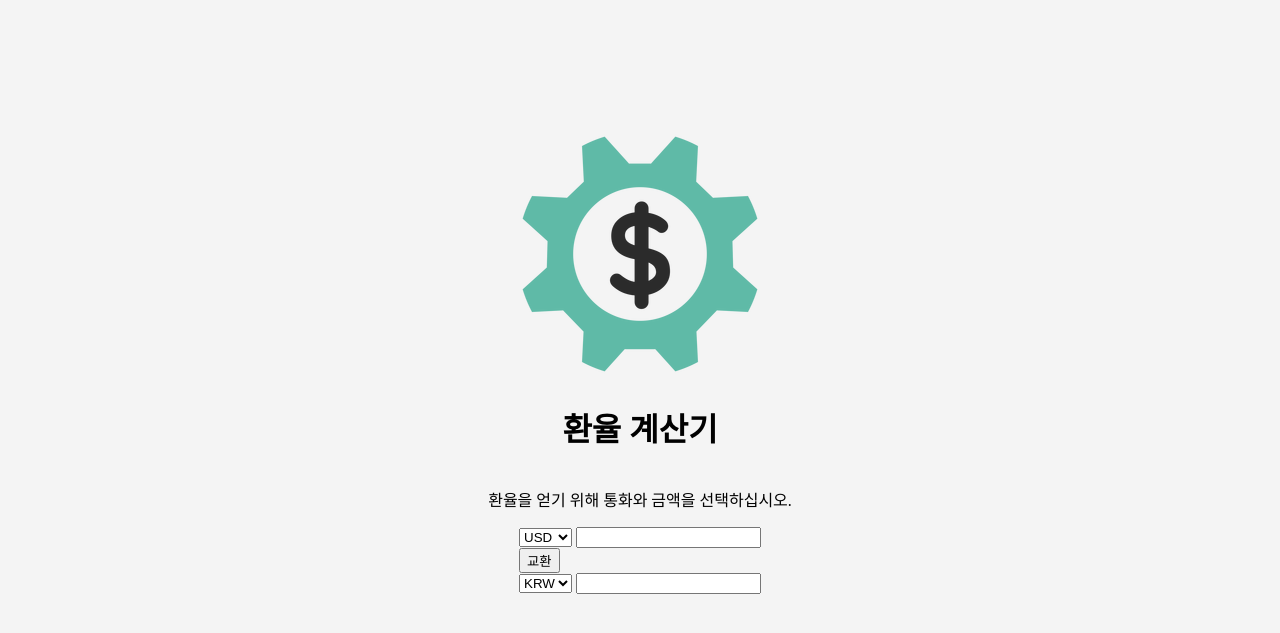
Repository: AbrorjonKuchkarov/exchange-rate
Page: index.html
An editor plug-in stored every save of this project. The page is shown before and after the next save, followed by the edit.
The browser window is 1280 px wide. The pictures show the whole page.

Above is the page before, as saved 2022-02-24 01:16:08.

After the next save:
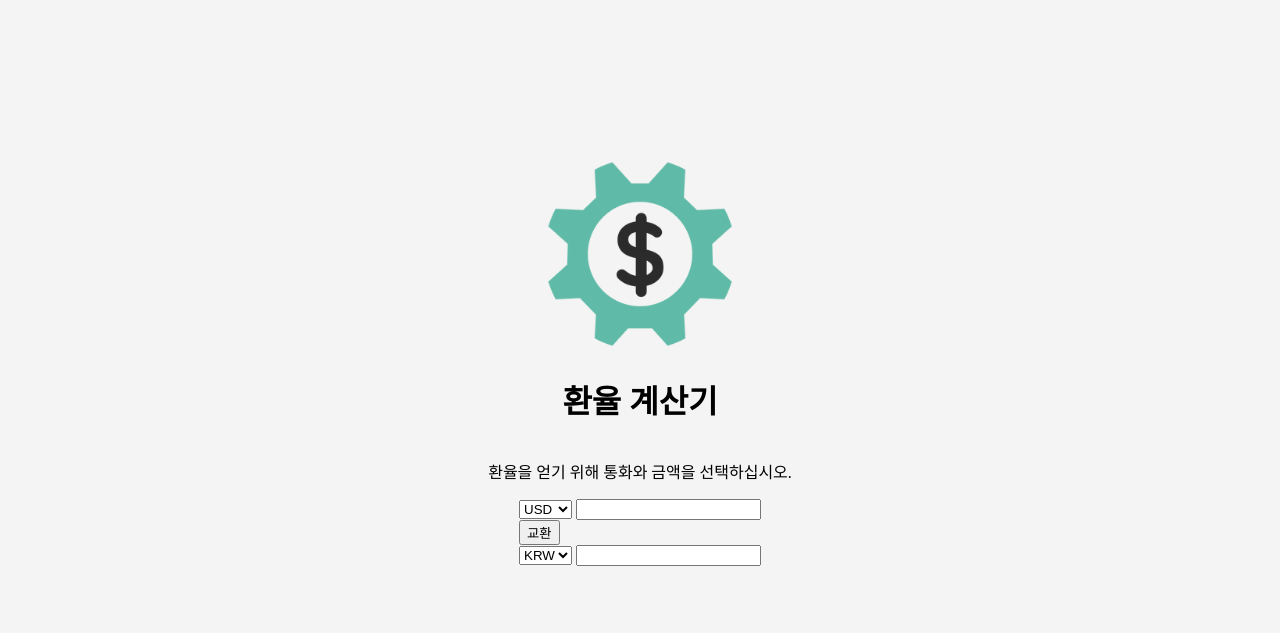
Saved 24 s later.
--- a/style.css
+++ b/style.css
@@ -11,3 +11,7 @@ body {
    height: 100vh;
    background-color: #f4f4f4;
 }
+
+img {
+   width: 200px;
+}
